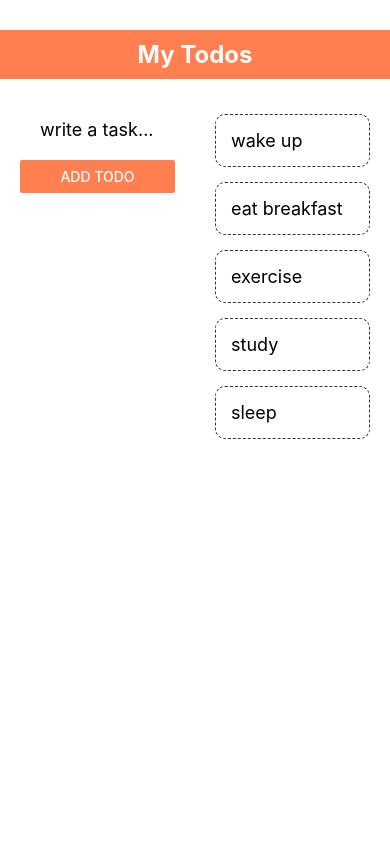
Repository: shiv0403/React-native-tutorial
Screen: /
These files come from the project's save history. The screen is drawn as it stood at one moment and after the next save; the edit follows.
The app was drawn by React Native's web renderer in a window 390 px wide. The project was rebuilt for these pictures with package versions that can differ from the ones it lists, and the page was loaded fresh each time. Also part of the build but not shown: components/Flex.js.

Above is the screen before, as saved 2021-02-11 14:42:51.

### App.js
import React, { useState } from "react";
import {
  Alert,
  FlatList,
  StyleSheet,
  TouchableWithoutFeedback,
  View,
  Keyboard,
} from "react-native";
import AddTodo from "./components/AddTodo";
import Flex from "./components/Flex";
import Header from "./components/Header";
import TodoItem from "./components/TodoItem";

export default function App() {
  const [todo, setTodo] = useState([
    { text: "wake up", key: "1" },
    { text: "eat breakfast", key: "2" },
    { text: "exercise", key: "3" },
    { text: "study", key: "4" },
    { text: "sleep", key: "5" },
  ]);

  const handleDelete = (key) => {
    setTodo((todos) => {
      return todos.filter((todo) => todo.key != key);
    });
  };

  const handleSubmit = (text) => {
    if (text.length > 3) {
      setTodo((todos) => {
        return [{ text: text, key: Math.random().toString() }, ...todos];
      });
    } else {
      Alert.alert("OOPS!", "Task lenght must be over 3 chars", [
        { text: "Understood", onPress: () => console.log("Alert Closed") },
      ]);
    }
  };

  return (
    <TouchableWithoutFeedback
      onPress={() => {
        Keyboard.dismiss();
      }}
    >
      <View style={styles.container}>
        <Header />
        <View style={styles.content}>
          <AddTodo handleSubmit={handleSubmit} />
          <View style={styles.list}>
            <FlatList
              data={todo}
              keyExtractor={(item) => item.key}
              renderItem={({ item }) => {
                return <TodoItem item={item} handleDelete={handleDelete} />;
              }}
            />
          </View>
        </View>
      </View>
    </TouchableWithoutFeedback>
  );
}

const styles = StyleSheet.create({
  container: {
    backgroundColor: "#fff",
    marginTop: 30,
  },
  content: {
    display: "flex",
    flexDirection: "row",
  },
  list: {
    margin: 20,
    flex: 0.5,
  },
});

### components/AddTodo.js
import React, { useState } from "react";
import { Button, Keyboard, StyleSheet, TextInput, View } from "react-native";

export default function AddTodo({ handleSubmit }) {
  const [text, setText] = useState("");

  const submitHandler = () => {
    handleSubmit(text);
    Keyboard.dismiss();
  };

  return (
    <View style={styles.addTodo}>
      <TextInput
        style={styles.input}
        placeholder="write a task..."
        onChangeText={(val) => setText(val)}
      />
      <Button
        title="Add Todo"
        color="coral"
        width="200"
        onPress={() => submitHandler()}
      />
    </View>
  );
}

const styles = StyleSheet.create({
  addTodo: {
    margin: 20,
    flex: 0.5,
  },
  input: {
    width: 200,
    fontSize: 18,
    padding: 20,
  },
});

### components/Header.js
import React from "react";
import { StyleSheet, Text, View } from "react-native";

export default function Header() {
  return (
    <View style={styles.header}>
      <Text style={styles.title}>My Todos</Text>
    </View>
  );
}

const styles = StyleSheet.create({
  header: {
    padding: 10,
    backgroundColor: "coral",
  },
  title: {
    textAlign: "center",
    fontSize: 24,
    fontWeight: "bold",
    color: "#fff",
  },
});

### components/TodoItem.js
import React from "react";
import { StyleSheet, Text, TouchableOpacity, View } from "react-native";

export default function TodoItem({ item, handleDelete }) {
  return (
    <TouchableOpacity onPress={() => handleDelete(item.key)}>
      <Text style={styles.item}>{item.text}</Text>
    </TouchableOpacity>
  );
}

const styles = StyleSheet.create({
  item: {
    fontSize: 18,
    padding: 15,
    marginTop: 15,
    borderWidth: 1,
    borderColor: "#333",
    borderStyle: "dashed",
    borderRadius: 10,
  },
});

After the next save:
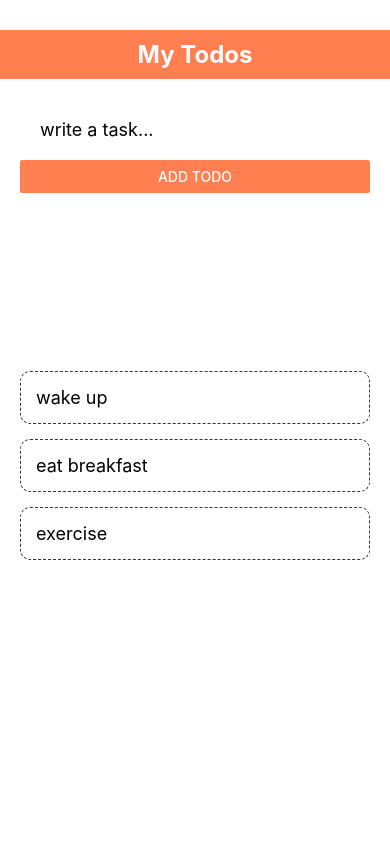
Saved 7 s later.
--- a/App.js
+++ b/App.js
@@ -71,7 +71,7 @@
   },
   content: {
     display: "flex",
-    flexDirection: "row",
+    // flexDirection: "row",
   },
   list: {
     margin: 20,

After the save that followed:
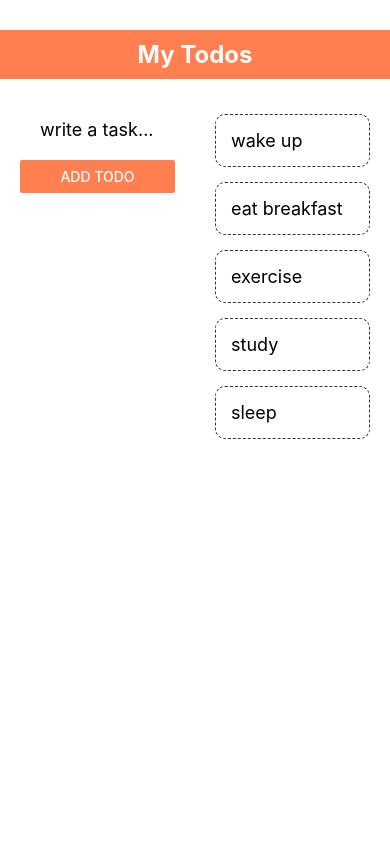
Saved 6 s later.
--- a/App.js
+++ b/App.js
@@ -71,7 +71,7 @@
   },
   content: {
     display: "flex",
-    // flexDirection: "row",
+    flexDirection: "row",
   },
   list: {
     margin: 20,
